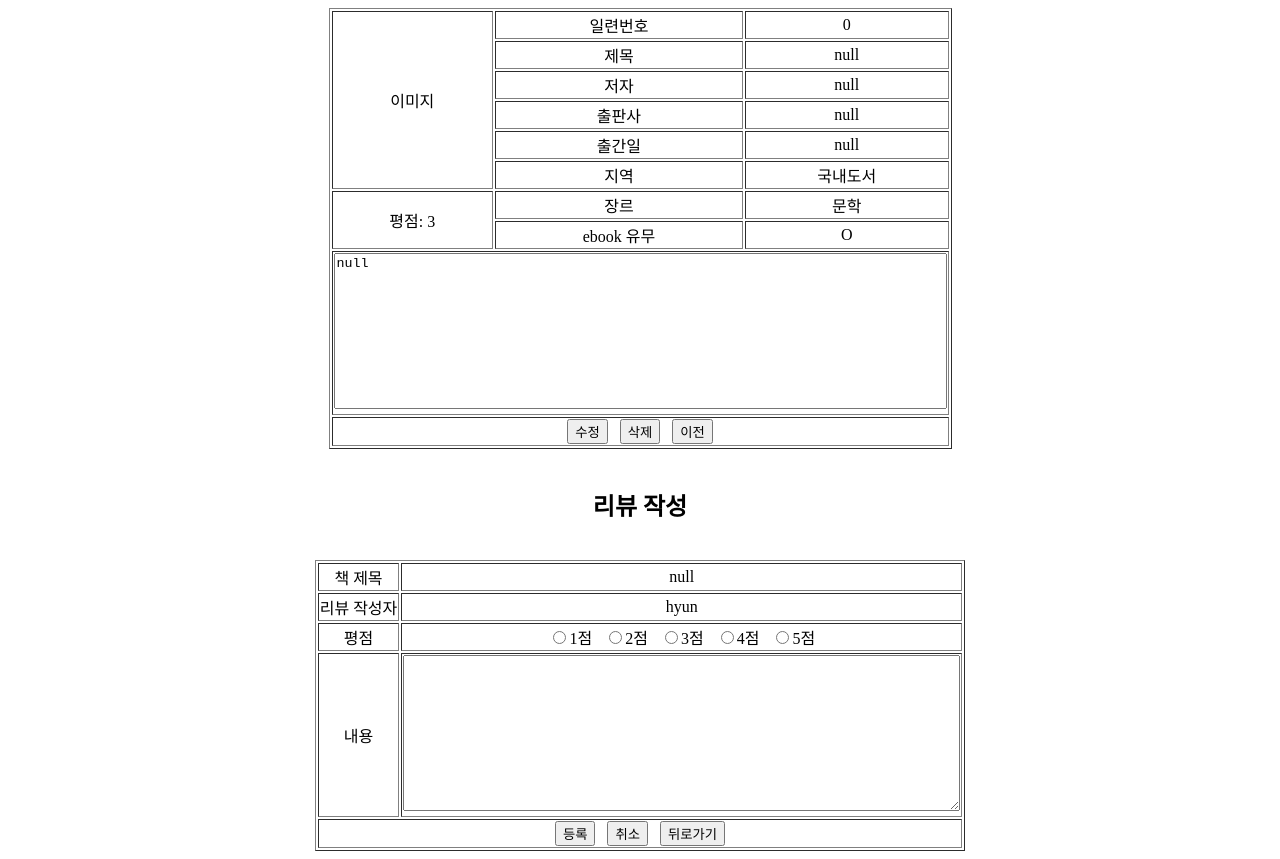
Repository: Served01/Project2_2209
Page: http://localhost/bookReviewProgram/rvInsertform.jsp
An editor plug-in stored every save of this project. The page is shown before and after the next save, followed by the edit.
The browser window is 1280 px wide. The pictures show the whole page.
The page is served by Tomcat 9. Queries for data that is not in the repository find no rows.

Above is the page before, as saved 2022-09-26 05:46:28.

After the next save:
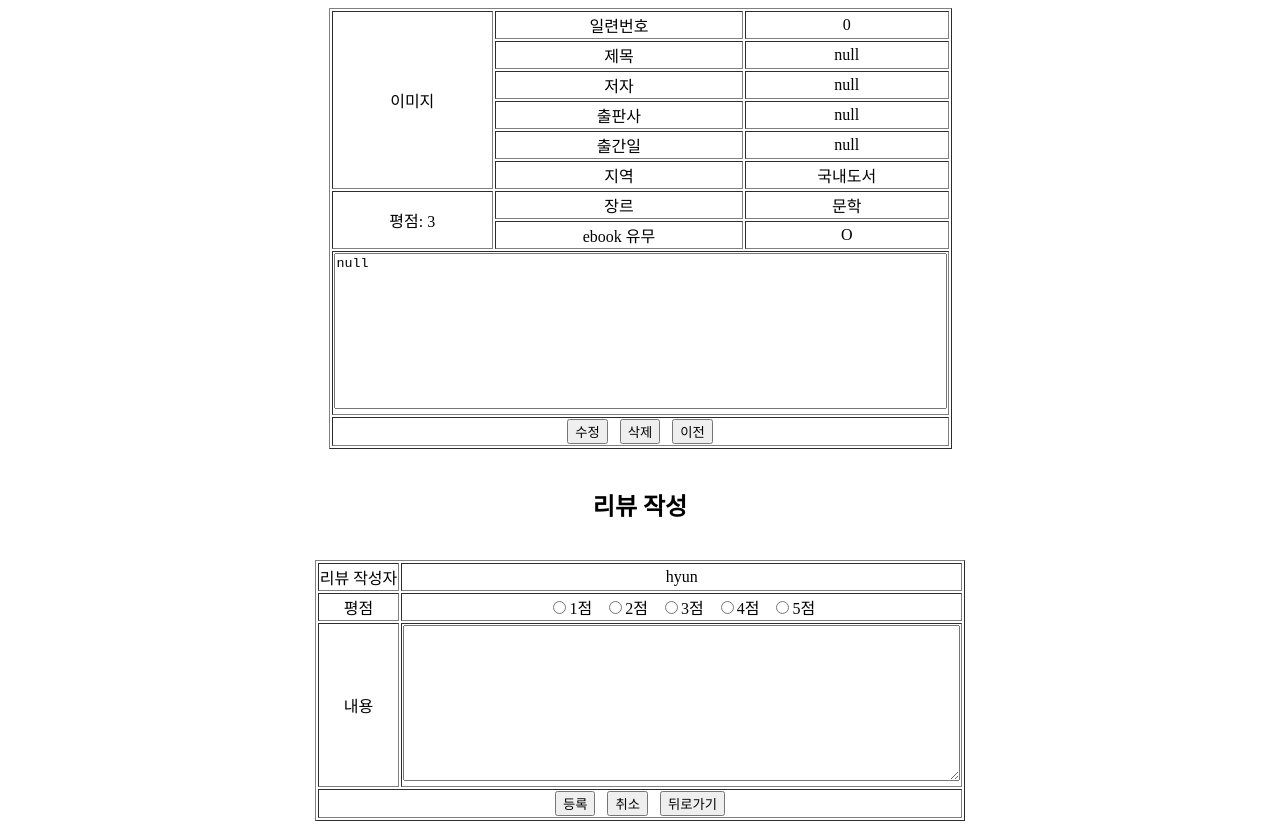
Saved 36 s later.
--- a/bookReviewProgram/src/main/webapp/rvInsertform.jsp
+++ b/bookReviewProgram/src/main/webapp/rvInsertform.jsp
@@ -125,10 +125,6 @@ margin: auto;
 <form action="rvInsertPro.jsp" method="post">
 	<table border="1">
 		<tr align="center">
-			<td>책 제목</td>
-			<td><%=bBean.getBk_title() %></td>
-		</tr>
-		<tr align="center">
 			<td>리뷰 작성자</td>
 			<td><%=rv_id %></td>
 		</tr>
